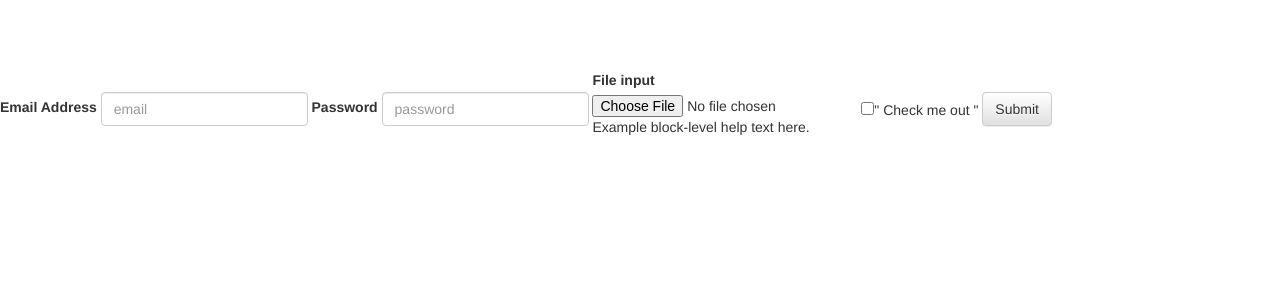
Repository: Echo-Jiang/Echo-Jiang.github.io
Page: test.5.html
The author's editor kept a record of every edit. The page is drawn from the files as they stood at one moment, then again after the next edit.
The browser window is 1280 px wide. The pictures show the whole page.

Above is the page before.

After the next edit:
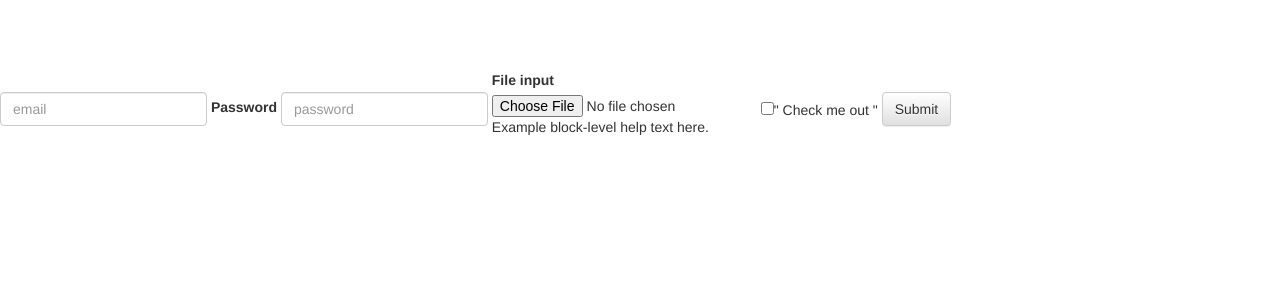
The edit:
--- a/test.5.html
+++ b/test.5.html
@@ -29,7 +29,7 @@
   <body>
     <form class="form-inline">
       <div class="form-group">
-        <label for="exampleInputEamil1">Email Address</label>
+        <label class="sr-only"for="exampleInputEamil1">Email Address</label>
         <input type="emali" class="form-control" id="exampleInputEamil1" placeholder="email">
       </div>
       <div class="form-group">
